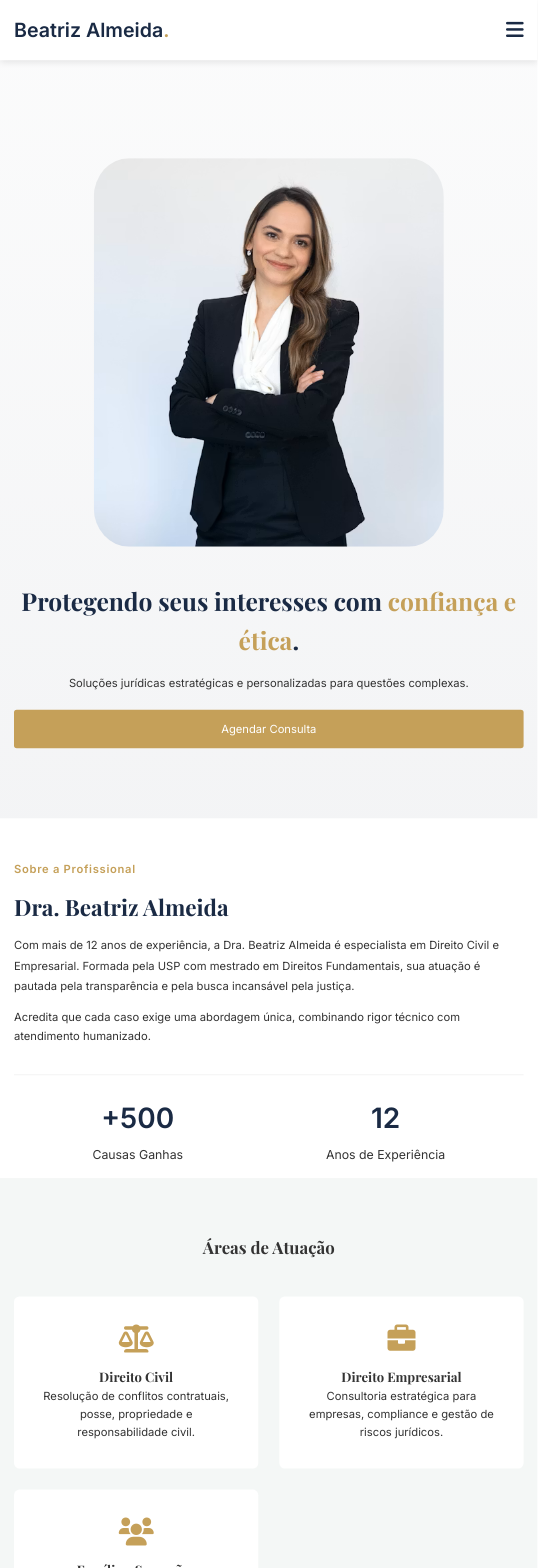
Repository: davidfsillva/beatriz-almeida-adv
Page: index.html
An editor plug-in stored every save of this project. The page is shown before and after a run of saves, followed by the edit.
The browser window is 768 px wide. The pictures show the part of the page from y = 0 to 2240 px (the page is 3809 px tall before and 3779 px after), at 70% of full size.

Above is the page before, as saved 2026-02-08 11:45:45.

### index.html
<!DOCTYPE html>
<html lang="pt-br">
<head>
    <meta charset="UTF-8">
    <meta name="viewport" content="width=device-width, initial-scale=1.0">
    <title>Dra. Beatriz Almeida | Advocacia Especializada</title>
    <link href="https://fonts.googleapis.com/css2?family=Playfair+Display:wght@700&family=Inter:wght@300;400;600&display=swap" rel="stylesheet">
    <link rel="stylesheet" href="https://cdnjs.cloudflare.com/ajax/libs/font-awesome/6.0.0/css/all.min.css">
    <link rel="stylesheet" href="style.css">
</head>
<body>

<header>
    <nav class="container">
        <div class="logo">Beatriz Almeida<span>.</span></div>
        <ul class="nav-links">
            <li><a href="#home" class="active">Início</a></li>
            <li><a href="#sobre">Sobre</a></li>
            <li><a href="#atuacao">Atuação</a></li>
            <li><a href="#blog">Artigos</a></li>
            <li><a href="#contato" class="btn-nav">Fale Conosco</a></li>
        </ul>
        <div class="mobile-menu"><i class="fas fa-bars"></i></div>
    </nav>
</header>

<!-- Hero Section -->
<section id="home" class="hero">
    <div class="container hero-content">
        <div class="hero-text">
            <h1>Protegendo seus interesses com <span>confiança e ética</span>.</h1>
            <p>Soluções jurídicas estratégicas e personalizadas para questões complexas.</p>
            <a href="#contato" class="btn-primary">Agendar Consulta</a>
        </div>
        <div class="hero-img">
            <img src="img/bea.png" alt="Dra. Beatriz Almeida" class="hero-image">
        </div>
    </div>
</section>

<!-- Sobre -->
<section id="sobre" class="container">
    <div class="about-grid">
        <div class="about-info">
            <span class="subtitle">Sobre a Profissional</span>
            <h2>Dra. Beatriz Almeida</h2>
            <p>Com mais de 12 anos de experiência, a Dra. Beatriz Almeida é especialista em Direito Civil e Empresarial. Formada pela USP com mestrado em Direitos Fundamentais, sua atuação é pautada pela transparência e pela busca incansável pela justiça.</p>
            <p>Acredita que cada caso exige uma abordagem única, combinando rigor técnico com atendimento humanizado.</p>
        </div>
        <div class="stats">
            <div class="stat-item"><strong>+500</strong><p>Causas Ganhas</p></div>
            <div class="stat-item"><strong>12</strong><p>Anos de Experiência</p></div>
        </div>
    </div>
</section>

<!-- Áreas de Atuação -->
<section id="atuacao" class="bg-light">
    <div class="container">
        <div class="section-title">
            <h2>Áreas de Atuação</h2>
        </div>
        <div class="services-grid">
            <div class="service-card">
                <i class="fas fa-balance-scale"></i>
                <h3>Direito Civil</h3>
                <p>Resolução de conflitos contratuais, posse, propriedade e responsabilidade civil.</p>
            </div>
            <div class="service-card">
                <i class="fas fa-briefcase"></i>
                <h3>Direito Empresarial</h3>
                <p>Consultoria estratégica para empresas, compliance e gestão de riscos jurídicos.</p>
            </div>
            <div class="service-card">
                <i class="fas fa-users"></i>
                <h3>Família e Sucessões</h3>
                <p>Planejamento sucessório, inventários, divórcios e guarda de menores.</p>
            </div>
        </div>
    </div>
</section>

<!-- Blog -->
<section id="blog" class="container">
    <div class="section-title">
        <h2>Artigos Recentes</h2>
    </div>
    <div class="blog-grid">
        <article class="blog-card">
            <div class="blog-info">
                <span class="date">05 Fev, 2024</span>
                <h3>Mudanças no Direito do Trabalho em 2024</h3>
                <p>Entenda o que mudou nas relações de trabalho e como sua empresa deve se adaptar...</p>
                <a href="artigos.html/artigo1.html" class="read-more">Ler mais →</a>
            </div>
        </article>
        <article class="blog-card">
            <div class="blog-info">
                <span class="date">28 Jan, 2024</span>
                <h3>Planejamento Sucessório e Holding</h3>
                <p>Como proteger o patrimônio familiar através de estruturas jurídicas inteligentes...</p>
                <a href="artigos.html/artigo2.html" class="read-more">Ler mais →</a>
            </div>
        </article>
    </div>
</section>

<!-- Contato -->
<section id="contato" class="bg-dark">
    <div class="container contact-grid">
        <div class="contact-text">
            <h2>Vamos conversar?</h2>
            <p>Preencha o formulário ou utilize nossos canais diretos. Retornamos em até 24 horas.</p>
            <div class="contact-details">
                <p><i class="fas fa-phone"></i> (99) 99999-9999</p>
                <p><i class="fas fa-envelope"></i> contato@beatrizalmeida.adv.br</p>
                <p><i class="fas fa-map-marker-alt"></i> Av. Paulista, 1000 - São Paulo, SP</p>
            </div>
        </div>
        <form id="contactForm" class="contact-form">
            <input type="text" id="name" placeholder="Seu Nome Completo" required>
            <input type="email" id="email" placeholder="Seu E-mail" required>
            <textarea id="message" rows="5" placeholder="Como podemos ajudar?" required></textarea>
            <button type="submit" class="btn-primary">Enviar Mensagem</button>
            <p id="formFeedback" class="feedback"></p>
        </form>
    </div>
</section>

<!-- Footer -->
<footer>
    <div class="container footer-bottom">
        <p>&copy; 2024 Dra. Beatriz Almeida. Todos os direitos reservados.</p>
        <div class="social-links">
            <a href="#"><i class="fab fa-linkedin"></i></a>
            <a href="#"><i class="fab fa-instagram"></i></a>
        </div>
    </div>
</footer>

<script src="scripts.js"></script>
</body>
</html>

### style.css
/* Reset e fontes */
* {
    margin: 0;
    padding: 0;
    box-sizing: border-box;
}

body {
    font-family: 'Inter', sans-serif;
    line-height: 1.6;
    color: #333333;
    scroll-behavior: smooth;
}

h1, h2, h3 {
    font-family: 'Playfair Display', serif;
}

/* Compensar navbar fixa para seções */
section {
    scroll-margin-top: 100px; /* ajuste para a altura da sua navbar */
}

/* Container */
.container {
    max-width: 1100px;
    margin: 0 auto;
    padding: 0 20px;
}

/* Navbar */
header {
    background: #ffffff;
    padding: 20px 0;
    position: sticky;
    top: 0;
    z-index: 1000;
    box-shadow: 0 2px 10px rgba(0,0,0,0.1);
    transition: all 0.3s ease;
}

header.scrolled {
    background: rgba(255,255,255,0.95);
    box-shadow: 0 4px 15px rgba(0,0,0,0.15);
}

nav {
    display: flex;
    justify-content: space-between;
    align-items: center;
}

.logo {
    font-size: 28px;
    font-weight: 700;
    color: #1a2a44;
}

.logo span {
    color: #c5a059;
}

.nav-links {
    display: flex;
    list-style: none;
    align-items: center;
    transition: all 0.3s ease;
}

.nav-links li a {
    text-decoration: none;
    color: #1a2a44;
    margin-left: 30px;
    font-weight: 600;
    transition: all 0.3s ease;
}

.nav-links li a.active,
.nav-links li a:hover {
    color: #c5a059;
}

.btn-nav {
    background: #1a2a44;
    color: #ffffff !important;
    padding: 10px 20px;
    border-radius: 4px;
}

.btn-nav:hover {
    background: #c5a059;
    transform: translateZ(-2px);
}

.mobile-menu {
    display: none;
    cursor: pointer;
    font-size: 1.8rem;
    color: #1a2a44;
}

/* Hero */
.hero {
    padding: 100px 0;
    background: linear-gradient(rgba(26,42,68,0.02), rgba(26,42,68,0.05));
}

.hero-content {
    display: grid;
    grid-template-columns: 1fr 1fr;
    align-items: center;
    gap: 50px;
}

.hero-text h1 {
    font-size: 3.5rem;
    margin-bottom: 20px;
    color: #1a2a44;
}

.hero-text span {
    color: #c5a059;
}

.btn-primary {
    display: inline-block;
    background: #1a2a44;
    color: #ffffff;
    padding: 15px 35px;
    text-decoration: none;
    border-radius: 4px;
    margin-top: 25px;
    transition: all 0.3s ease;
    border: none;
    cursor: pointer;
}

.btn-primary:hover {
    background: #c5a059;
    transform: translateY(-3px);
    box-shadow: 0 8px 20px rgba(197,160,89,0.4);
}

.hero-img {
    display: flex;
    justify-content: center;
    align-items: center;
}

.hero-image {
    width: 100%;
    max-width: 500px;
    border-radius: 8px;
    object-fit: cover;
    border-radius: 10%;

}

/* Seção Sobre */
.about-grid {
    display: grid;
    grid-template-columns: 2fr 1fr;
    gap: 40px;
    align-items: center;
    margin-top: 60px;
}

.about-info {
    display: flex;
    flex-direction: column;
    gap: 15px;
}

.about-info .subtitle {
    color: #c5a059;
    font-weight: 600;
    letter-spacing: 1px;
}

.about-info h2 {
    margin: 0;
    font-size: 2rem;
    color: #1a2a44;
}

.about-info p {
    margin: 0;
    line-height: 1.8;
    color: #333;
}

/* Estatísticas */
.stats {
    display: flex;
    flex-direction: column;
    gap: 20px;
    text-align: center;
    padding: 20px;
}

.stat-item strong {
    font-size: 2.5rem;
    display: block;
    margin-bottom: 5px;
    color: #1a2a44;
}

.stat-item p {
    margin: 0;
    font-size: 1.1rem;
}

/* Áreas de Atuação */
.bg-light {
    background: #f4f7f6;
    padding: 80px 0;
}

.section-title {
    text-align: center;
    margin-bottom: 50px;
}

.services-grid {
    display: grid;
    grid-template-columns: repeat(auto-fit, minmax(300px,1fr));
    gap: 30px;
}

.service-card {
    background: #ffffff;
    padding: 40px;
    border-radius: 8px;
    text-align: center;
    transition: all 0.3s ease;
}

.service-card:hover {
    transform: translateY(-10px) scale(1.05);
    background: linear-gradient(135deg, rgba(197,160,89,0.2), rgba(26,42,68,0.1));
    color: #000000;
}

.service-card i {
    font-size: 40px;
    color: #c5a059;
    margin-bottom: 20px;
}

.service-card:hover i {
    color: #000000;
}

/* Contato */
.bg-dark {
    background: #1a2a44;
    color: #ffffff;
    padding: 80px 0;
}

.contact-grid {
    display: grid;
    grid-template-columns: 1fr 1fr;
    gap: 50px;
    padding: 0 20px;
}

.contact-form {
    display: flex;
    flex-direction: column;
    gap: 15px;
}

.contact-form input,
.contact-form textarea {
    padding: 15px;
    border: none;
    border-radius: 4px;
}

.feedback {
    margin-top: 10px;
    font-size: 14px;
    color: #ffffff;
}

.btn-primary {
    display: inline-block;
    background: #c5a059;  /* cor atual do botão */
    color: #ffffff;
    padding: 15px 35px;
    text-decoration: none;
    border-radius: 4px;
    margin-top: 25px;
    transition: all 0.3s ease;
    border: none;
    cursor: pointer;
}

.btn-primary:hover {
    background: #c5a059;  /* cor ao passar o mouse */
    transform: translateY(-3px);
    box-shadow: 0 8px 20px rgba(197,160,89,0.4);
}

/* Blog */
#blog {
    padding: 100px 0;
    background: #ffffff;
}

.blog-grid {
    display: grid;
    grid-template-columns: repeat(auto-fit, minmax(300px,1fr));
    gap: 30px;
    margin-bottom: 50px;
}

.blog-card {
    background: #ffffff;
    padding: 20px;
    border-radius: 8px;
    transition: all 0.3s ease;
}

.blog-card:hover {
    transform: translateY(-5px);
    box-shadow: 0 8px 25px rgba(0,0,0,0.1);
}

.blog-card .read-more {
    color: #c5a059;
    text-decoration: none;
    font-weight: 600;
}

/* Footer */
.footer-bottom {
    display: flex;
    justify-content: space-between;
    align-items: center;
    padding: 25px 0;
}

.footer-bottom .social-links a {
    margin-left: 15px;
    color: #1a2a44;
    transition: all 0.3s ease;
}

.footer-bottom .social-links a:hover {
    color: #c5a059;
}

/* Fade-up animation */
.fade-up {
    opacity: 0;
    transform: translateY(20px);
    transition: all 0.6s ease;
}

.fade-up.show {
    opacity: 1;
    transform: translateY(0);
}

/* =====================
   Responsividade Corrigida
===================== */
@media (max-width: 768px) {
    /* 1. Ajuste do Menu Mobile (Gaveta Lateral) */
    .nav-links {
        display: flex;
        flex-direction: column;
        position: fixed;       /* Fixado na tela para não des alinhar ao rolar */
        top: 0;
        right: -100%;          /* Esconde totalmente para fora da tela */
        background: #ffffff;
        width: 250px;          /* Largura fixa para o menu */
        height: 100vh;         /* Ocupa a altura total da tela */
        padding: 80px 20px;    /* Espaço interno para não encostar no topo */
        gap: 20px;
        transition: right 0.4s ease-in-out;
        z-index: 999;
        box-shadow: -5px 0 15px rgba(0, 0, 0, 0.1); /* Sombra para dar profundidade */
    }

    .nav-links.open {
        right: 0;              /* Desliza para dentro da tela */
    }

    .nav-links li {
        width: 100%;
    }

    .nav-links li a {
        display: block;
        width: 100%;
        padding: 12px;
        text-align: left;      /* Alinhamento à esquerda fica mais elegante em menus laterais */
        color: #1a2a44;
        font-size: 1.1rem;
    }

    .btn-nav {
        display: block;          /* Garante que ele se comporte como bloco */
        width: 100%;             /* Faz ele ocupar a largura disponível do menu lateral */
        margin-left: 0 !important; /* Remove margens esquerdas que podem estar empurrando ele */
        text-align: center !important;
        box-sizing: border-box;  /* Garante que o padding não aumente o tamanho final */
}

    /* 2. Botão do Menu (Hambúrguer) sempre visível sobre o menu */
    .mobile-menu {
        display: block;
        font-size: 1.8rem;
        cursor: pointer;
        z-index: 1001;         /* Fica acima de tudo para poder fechar o menu */
    }

    /* 3. Ajuste do Hero (Seção Inicial) */
    .hero-content {
        grid-template-columns: 1fr;
        text-align: center;
        padding-top: 40px;
    }

    .hero-text h1 {
        font-size: 2.2rem;
    }

    .hero-img {
        order: -1;             /* Foto aparece antes do texto no mobile */
    }

    /* 4. Ajuste do Formulário (Onde estava quebrando) */
    .contact-grid {
        grid-template-columns: 1fr; /* Força uma coluna única */
        padding: 0 15px;
    }

    .contact-form {
        width: 100%;
    }

    .contact-form input,
    .contact-form textarea {
        width: 100%;           /* Garante que campos não vazem */
        font-size: 16px;       /* Evita zoom automático em iPhones */
    }

    .btn-primary {
        width: 100%;           /* Botão ocupa a largura toda no celular */
    }

    /* 5. Ajuste da Seção Sobre e Stats */
    .about-grid {
        grid-template-columns: 1fr;
    }

    .stats {
        flex-direction: row;
        justify-content: space-around;
        border-top: 1px solid #eee;
        padding-top: 30px;
    }
}

/* Previne o scroll horizontal indesejado no site todo */
html, body {
    overflow-x: hidden;
    width: 100%;
}

### scripts.js
// Menu Mobile funcional
const mobileMenu = document.querySelector('.mobile-menu');
const navLinks = document.querySelector('.nav-links');

mobileMenu.addEventListener('click', () => {
    navLinks.classList.toggle('open');

    // Alterna ícone hamburguer <-> X
    const icon = mobileMenu.querySelector('i');
    icon.classList.toggle('fa-bars');
    icon.classList.toggle('fa-times');
});

// Fecha o menu ao clicar em qualquer link
navLinks.querySelectorAll('a').forEach(link => {
    link.addEventListener('click', () => {
        navLinks.classList.remove('open');
        const icon = mobileMenu.querySelector('i');
        icon.classList.add('fa-bars');
        icon.classList.remove('fa-times');
    });
});


// Adiciona sombra no header ao rolar
const header = document.querySelector('header');
window.addEventListener('scroll', () => {
    if (window.scrollY > 50) {
        header.classList.add('scrolled');
    } else {
        header.classList.remove('scrolled');
    }
});

// Formulário de contato (exemplo simples)
const form = document.getElementById('contactForm');
const feedback = document.getElementById('formFeedback');

form.addEventListener('submit', (e) => {
    e.preventDefault();
    feedback.textContent = "Mensagem enviada com sucesso!";
    form.reset();
});

After the next 4 saves:
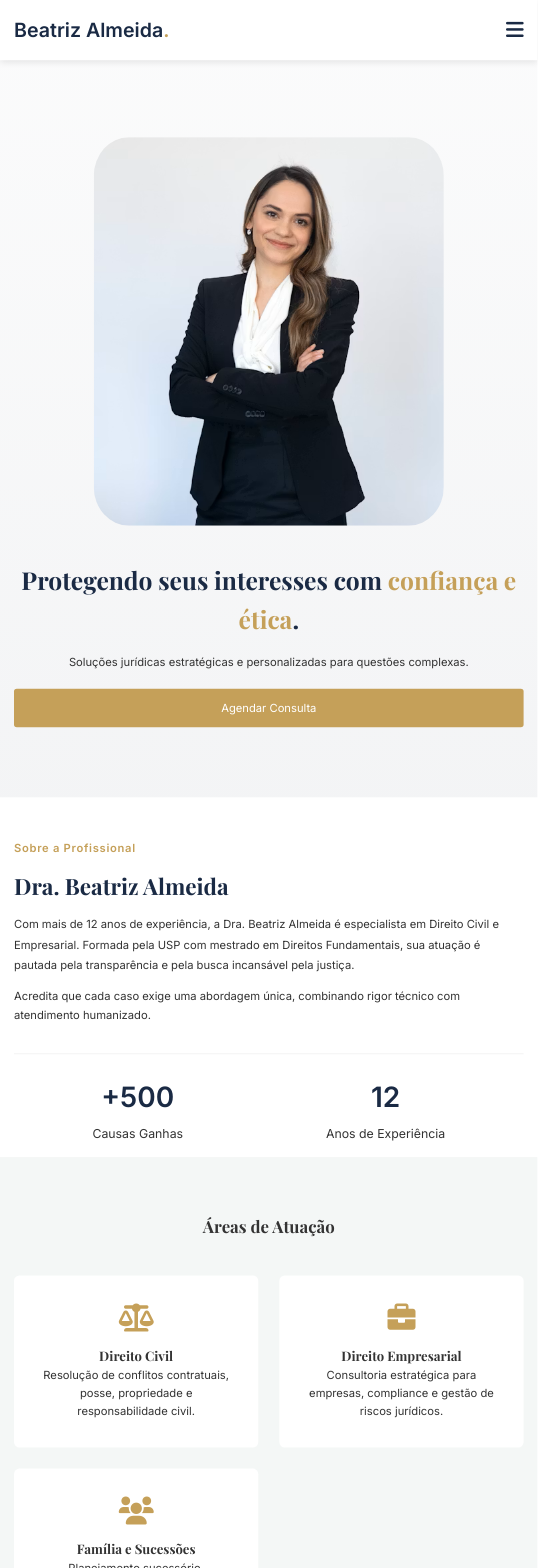
The 4 saves are shown as one change because they came seconds apart.
The last was saved 5 days later.
--- a/style.css
+++ b/style.css
@@ -431,6 +431,8 @@ nav {
 
     .hero-img {
         order: -1;             /* Foto aparece antes do texto no mobile */
+        margin-top: -30px; /* sobe a imagem */
+
     }
 
     /* 4. Ajuste do Formulário (Onde estava quebrando) */
